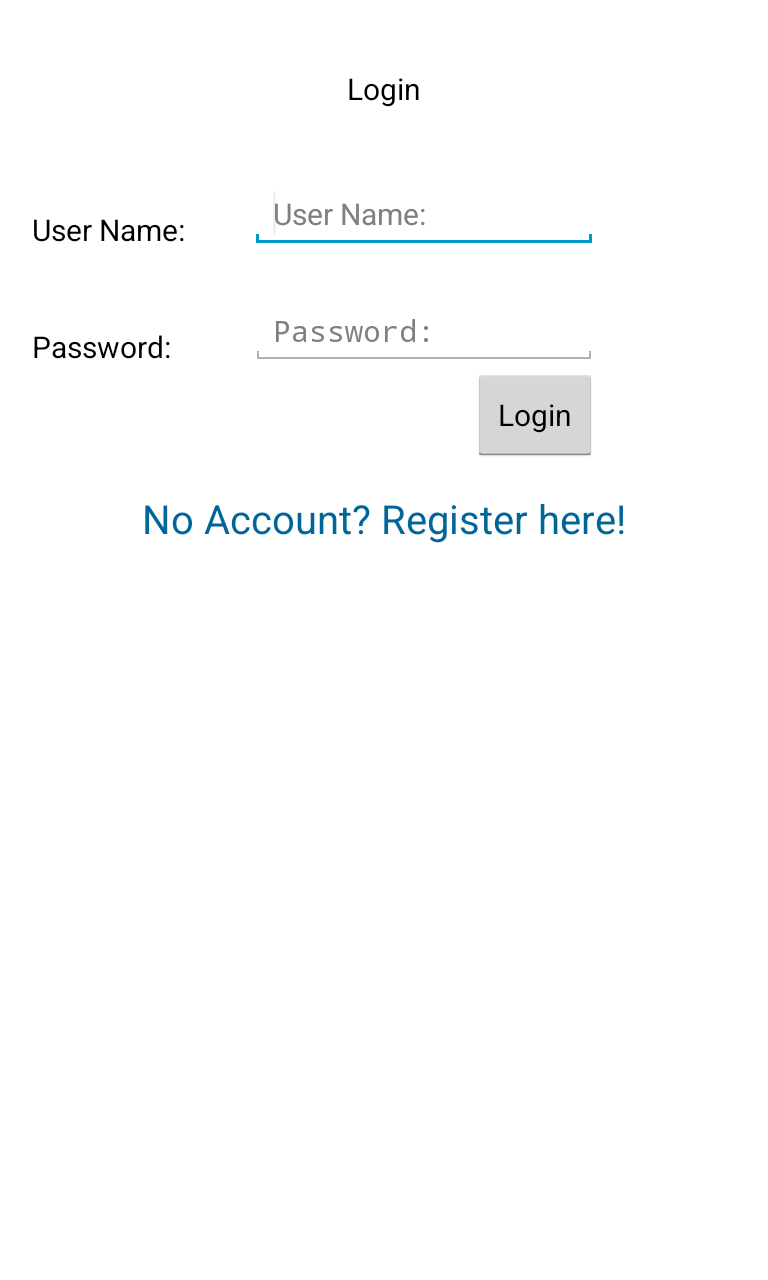
Repository: chrisberry/WebAPIWithAndroidUI
Layout: PeopleAPIAndroid/PeopleAPI/res/layout/login_main.xml
The author's editor kept a copy of each file at every save. The layout is drawn from the files as they stood at one save, then again after the next save.
It is drawn on a 768 x 1280 px phone screen (xhdpi) without system bars, with theme AppTheme; the app's code is not run.

Above is the layout before, as saved 2014-02-11 19:07:01.

After the next save:
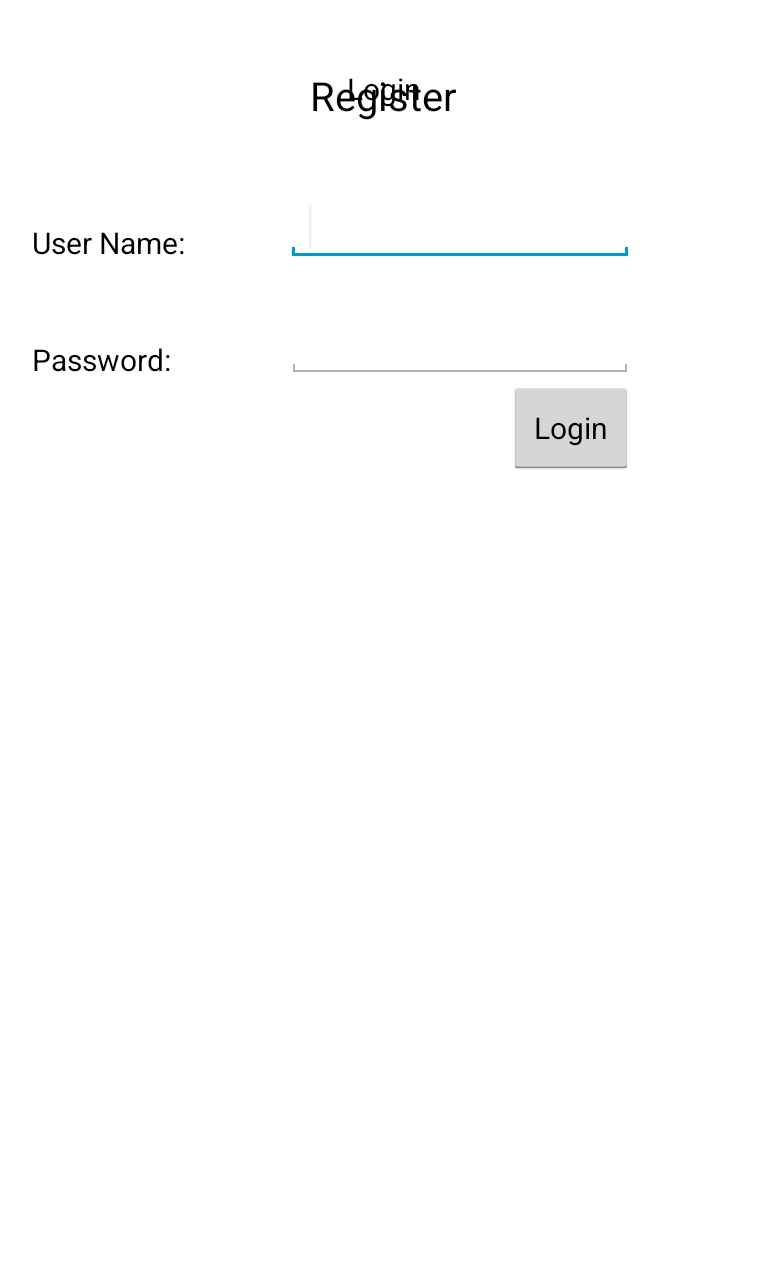
Saved 53 s later.
--- a/PeopleAPIAndroid/PeopleAPI/res/layout/login_main.xml
+++ b/PeopleAPIAndroid/PeopleAPI/res/layout/login_main.xml
@@ -2,84 +2,82 @@
     xmlns:tools="http://schemas.android.com/tools"
     android:layout_width="match_parent"
     android:layout_height="match_parent"
+    android:onClick="editActions"
     android:paddingBottom="@dimen/activity_vertical_margin"
     android:paddingLeft="@dimen/activity_horizontal_margin"
     android:paddingRight="@dimen/activity_horizontal_margin"
-    android:paddingTop="@dimen/activity_vertical_margin" android:onClick="editActions"
+    android:paddingTop="@dimen/activity_vertical_margin"
     tools:context=".LoginMainActivity" >
+
     <TextView
-      android:id="@+id/textView1"
-      android:layout_width="wrap_content"
-      android:layout_height="wrap_content"
-      android:layout_alignParentTop="true"
-      android:layout_centerHorizontal="true"
-      android:layout_marginTop="18dp"
-      android:text="@string/login_tile"
-      android:textAppearance="?android:attr/textAppearanceLarge" />
+        android:id="@+id/textView1"
+        android:layout_width="wrap_content"
+        android:layout_height="wrap_content"
+        android:layout_alignParentTop="true"
+        android:layout_centerHorizontal="true"
+        android:layout_marginTop="18dp"
+        android:text="@string/login_tile"
+        android:textAppearance="?android:attr/textAppearanceLarge" />
 
-   <TextView
-      android:id="@+id/textView2"
-      android:layout_width="wrap_content"
-      android:layout_height="wrap_content"
-      android:layout_alignParentLeft="true"
-      android:layout_below="@+id/textView1"
-      android:layout_marginTop="50dp"
-      android:text="@string/username"
+    <TextView
+        android:id="@+id/textHeader"
+        android:layout_width="wrap_content"
+        android:layout_height="wrap_content"
+        android:layout_alignParentTop="true"
+        android:layout_centerHorizontal="true"
+        android:layout_marginTop="18dp"
+        android:text="@string/register_tile"
+        android:textAppearance="?android:attr/textAppearanceLarge"
+        android:textSize="20sp" />
 
-      android:textAppearance="?android:attr/textAppearanceMedium" />
+    <TextView
+        android:id="@+id/txtUserName"
+        android:layout_width="wrap_content"
+        android:layout_height="wrap_content"
+        android:layout_alignParentLeft="true"
+        android:layout_below="@+id/textHeader"
+        android:layout_marginTop="50dp"
+        android:text="@string/username"
+        android:textAppearance="?android:attr/textAppearanceMedium" />
 
-   <EditText
-      android:id="@+id/editText1"
-      android:hint="@string/username"
-      android:layout_width="wrap_content"
-      android:layout_height="wrap_content"
-      android:layout_alignBottom="@+id/textView2"
-      android:layout_marginLeft="32dp"
-      android:layout_toRightOf="@+id/textView2"
-      android:ems="10" >
+    <EditText
+        android:id="@+id/editUserName"
+        android:layout_width="wrap_content"
+        android:layout_height="wrap_content"
+        android:layout_alignBottom="@+id/txtUserName"
+        android:layout_marginLeft="50dp"
+        android:layout_toRightOf="@+id/txtUserName"
+        android:ems="10" >
 
-      <requestFocus />
-   </EditText>
+        <requestFocus />
+    </EditText>
 
-   <TextView
-      android:id="@+id/textView3"
-      android:layout_width="wrap_content"
-      android:layout_height="wrap_content"
-      android:layout_alignLeft="@+id/textView2"
-      android:layout_below="@+id/textView2"
-      android:layout_marginTop="38dp"
-      android:text="@string/password"
-      android:textAppearance="?android:attr/textAppearanceMedium" />
+    <TextView
+        android:id="@+id/txtPassword"
+        android:layout_width="wrap_content"
+        android:layout_height="wrap_content"
+        android:layout_alignLeft="@+id/txtUserName"
+        android:layout_below="@+id/txtUserName"
+        android:layout_marginTop="38dp"
+        android:text="@string/password"
+        android:textAppearance="?android:attr/textAppearanceMedium" />
 
-   <EditText
-      android:id="@+id/editText2"
-       android:hint="@string/password"
-      android:layout_width="wrap_content"
-      android:layout_height="wrap_content"
-      android:layout_alignBottom="@+id/textView3"
-      android:layout_alignLeft="@+id/editText1"
-      android:ems="10"
-      android:inputType="textPassword" />
+    <EditText
+        android:id="@+id/editPassword"
+        android:layout_width="wrap_content"
+        android:layout_height="wrap_content"
+        android:layout_alignBottom="@+id/txtPassword"
+        android:layout_alignLeft="@+id/editUserName"
+        android:ems="10"
+        android:inputType="textPassword" />
 
     <Button
         android:id="@+id/button1"
         android:layout_width="wrap_content"
         android:layout_height="wrap_content"
-        android:layout_alignRight="@+id/editText2"
-        android:layout_below="@+id/editText2"
+        android:layout_alignRight="@+id/editPassword"
+        android:layout_below="@+id/editPassword"
         android:onClick="login"
         android:text="@string/login" />
 
-    <TextView
-        style="@style/CodeFont"
-        android:layout_width="wrap_content"
-        android:layout_height="wrap_content"
-        android:layout_below="@+id/button1"
-        android:layout_centerHorizontal="true"
-        android:layout_marginTop="14dp"
-        android:onClick="showRegister"
-        android:text="@string/register_prompt"
-        android:textSize="20sp" />
-
-
 </RelativeLayout>
